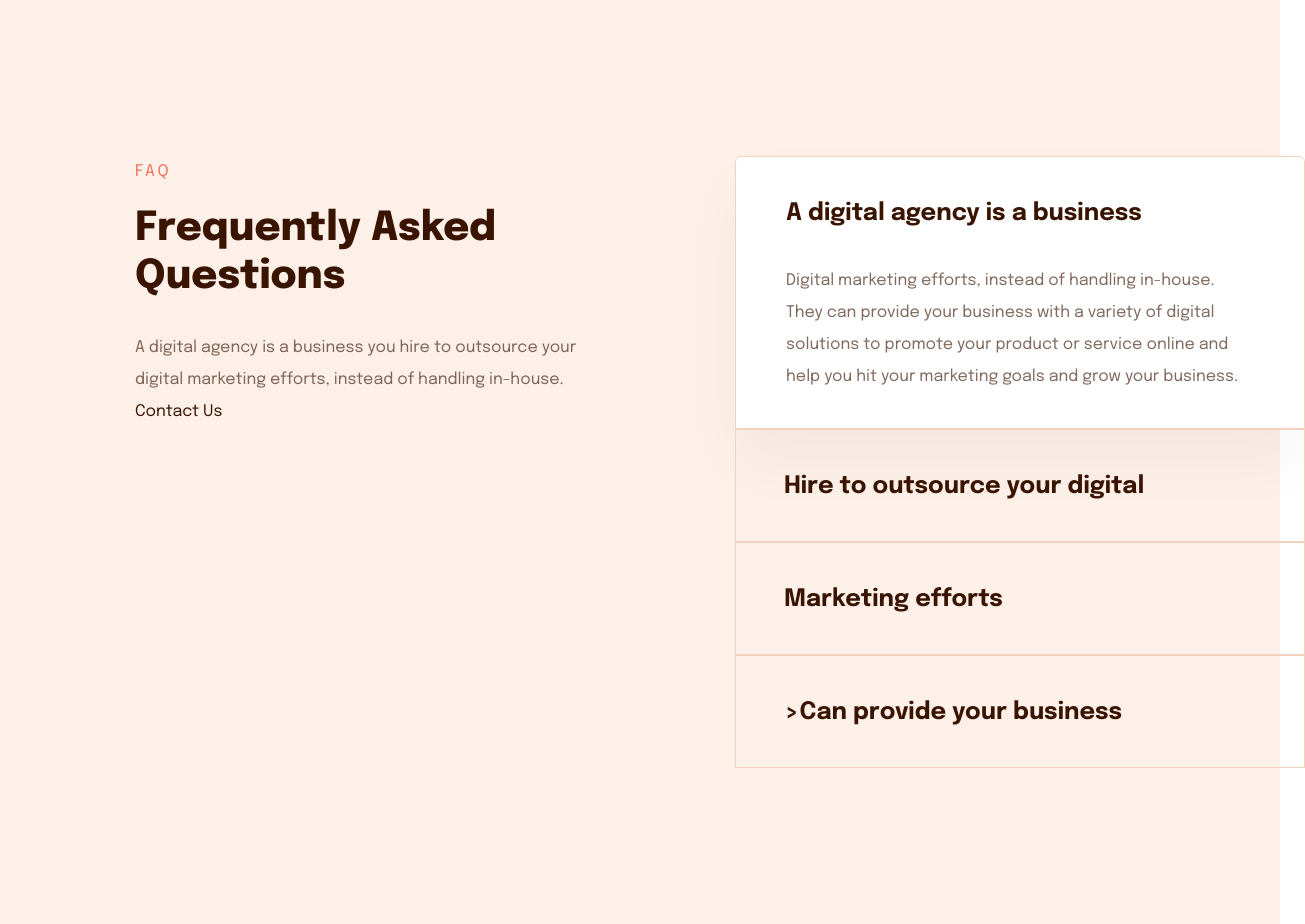
Repository: MehdiKerimov/Figma-task-10
Page: pages/faq/index.html
An editor plug-in stored every save of this project. The page is shown before and after the next save, followed by the edit.
The browser window is 1280 px wide. The page is 1305 px wide, so the pictures cover 1305 px, including what lies to the right of the window. The pictures show the whole page.

Above is the page before, as saved 2023-09-09 15:31:57.

After the next save:
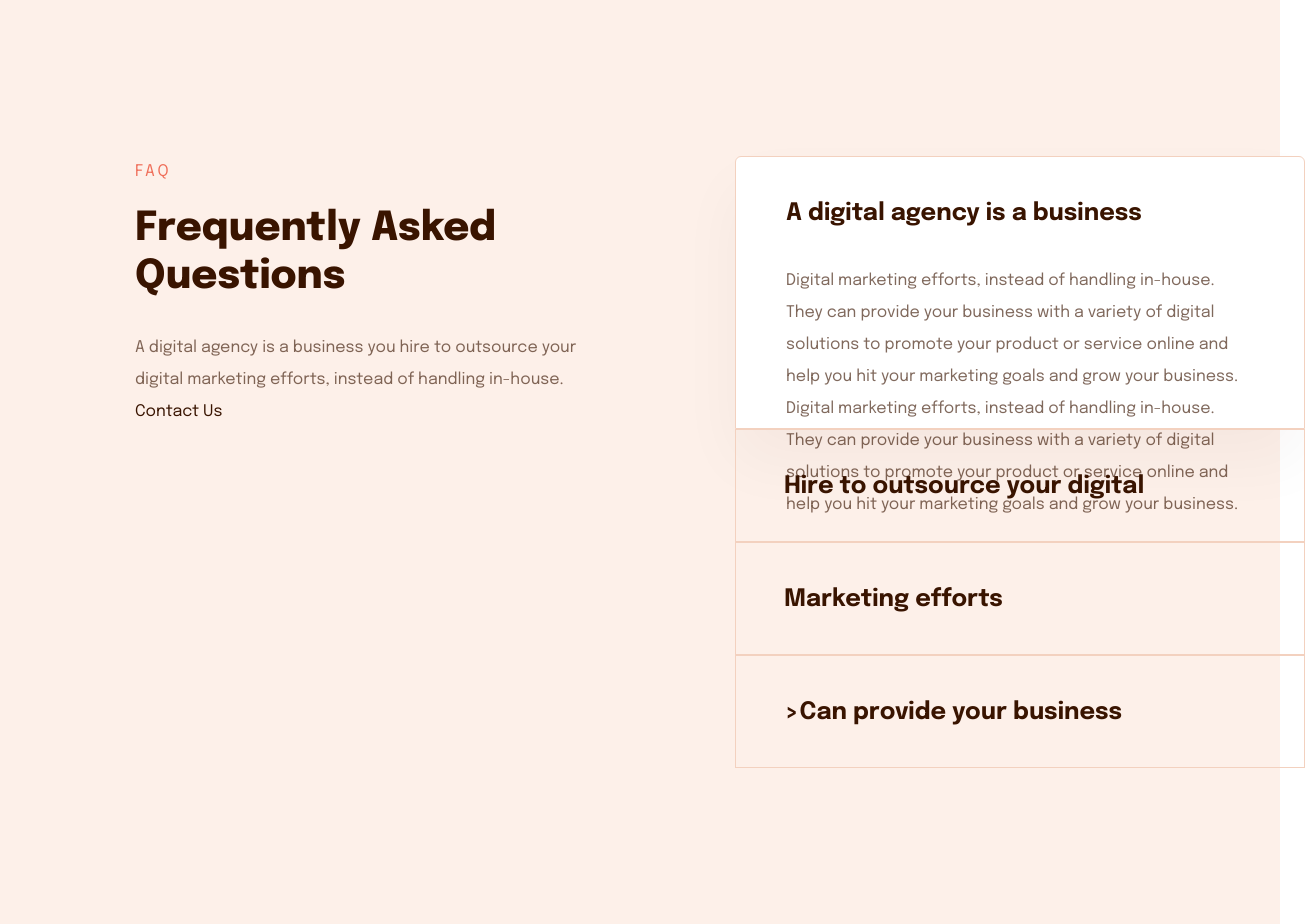
Saved 64 s later.
--- a/pages/faq/index.html
+++ b/pages/faq/index.html
@@ -26,6 +26,10 @@
             provide your business with a variety of digital solutions to promote
             your product or service online and help you hit your marketing goals
             and grow your business.
+            Digital marketing efforts, instead of handling in-house. They can
+            provide your business with a variety of digital solutions to promote
+            your product or service online and help you hit your marketing goals
+            and grow your business.
           </p>
         </li>
         <li><h3>Hire to outsource your digital</h3></li>
